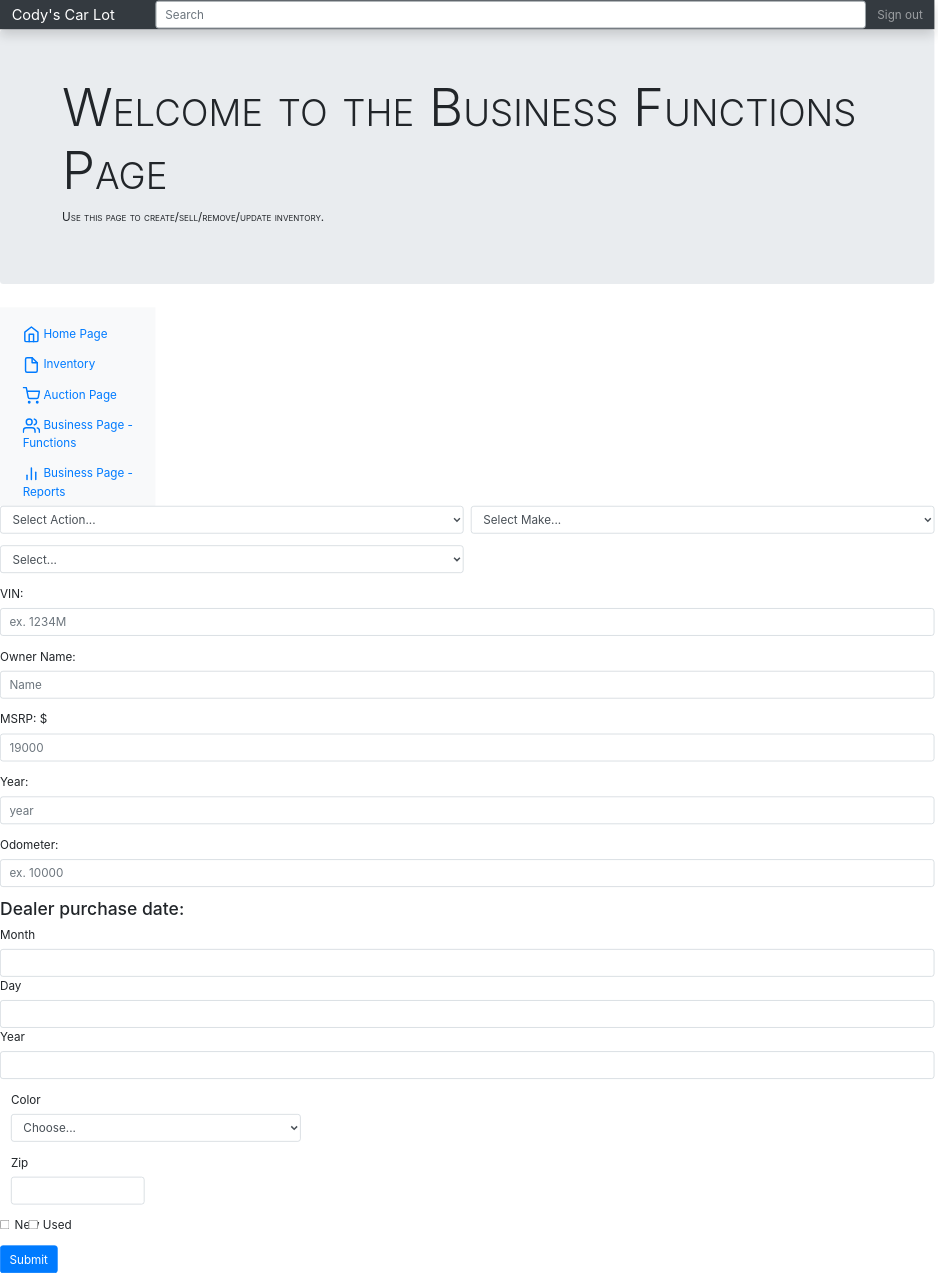
Repository: CodyHogge/CarDealershipProject
Page: http://localhost/CarDealershipProject/booted_functions.jsp
The author's editor kept a copy of each file at every save. The page is drawn from the files as they stood at one save, then again after the next save.
The browser window is 1280 px wide. The page is 1285 px wide, so the pictures cover 1285 px, including what lies to the right of the window. The pictures show the whole page, at 73% of full size.
The page is served by Tomcat 9. Other server files are loaded and not shown.

Above is the page before, as saved 2020-09-16 16:27:24.

### CarDealershipProject/WebContent/booted_functions.jsp
<%@ taglib prefix="c" uri="http://java.sun.com/jsp/jstl/core" %>
<%@ page language="java" contentType="text/html; charset=ISO-8859-1"
    pageEncoding="ISO-8859-1"%>
<!DOCTYPE html>
<html>
<head>
<meta charset="ISO-8859-1">
<title>Cody's Car Lot</title>
<link rel="stylesheet" href="https://stackpath.bootstrapcdn.com/bootstrap/4.5.2/css/bootstrap.min.css" integrity="sha384-JcKb8q3iqJ61gNV9KGb8thSsNjpSL0n8PARn9HuZOnIxN0hoP+VmmDGMN5t9UJ0Z" crossorigin="anonymous">
<link rel="stylesheet" href="./styles/styles.css">
</head>
<body>
	<nav class="navbar navbar-dark sticky-top bg-dark flex-md-nowrap p-0 shadow">
  		<a class="navbar-brand col-md-3 col-lg-2 mr-0 px-3" href="#">Cody's Car Lot</a>
  			<button class="navbar-toggler position-absolute d-md-none collapsed" type="button" data-toggle="collapse" data-target="#sidebarMenu" aria-controls="sidebarMenu" aria-expanded="false" aria-label="Toggle navigation">
    			<span class="navbar-toggler-icon"></span>
  			</button>
  		<input class="form-control form-control-dark w-100" type="text" placeholder="Search" aria-label="Search">
  		<ul class="navbar-nav px-3">
    		<li class="nav-item text-nowrap">
      			<a class="nav-link" href="#">Sign out</a>
    		</li>
  		</ul>
	</nav>

	<div class="jumbotron">
    	<div class="container">
      		<h1 class="display-3">Welcome to the Business Functions Page</h1>
      		<p>Use this page to create/sell/remove/update inventory.</p>
    	</div>
  	</div>



	<div class="container-fluid">
  		<div class="row">
    		<nav id="sidebarMenu" class="col-md-3 col-lg-2 d-md-block bg-light sidebar collapse show" style="">
      			<div class="sidebar-sticky pt-3">
        			<ul class="nav flex-column">
          				<li class="nav-item">
            				<a class="nav-link active" href="booted_home.jsp">
              					<svg xmlns="http://www.w3.org/2000/svg" width="24" height="24" viewBox="0 0 24 24" fill="none" stroke="currentColor" stroke-width="2" stroke-linecap="round" stroke-linejoin="round" class="feather feather-home"><path d="M3 9l9-7 9 7v11a2 2 0 0 1-2 2H5a2 2 0 0 1-2-2z"></path><polyline points="9 22 9 12 15 12 15 22"></polyline></svg>
              					Home Page
            				</a>
          				</li>
          				<li class="nav-item">
            				<a class="nav-link" href="booted_inventory.jsp">
              					<svg xmlns="http://www.w3.org/2000/svg" width="24" height="24" viewBox="0 0 24 24" fill="none" stroke="currentColor" stroke-width="2" stroke-linecap="round" stroke-linejoin="round" class="feather feather-file"><path d="M13 2H6a2 2 0 0 0-2 2v16a2 2 0 0 0 2 2h12a2 2 0 0 0 2-2V9z"></path><polyline points="13 2 13 9 20 9"></polyline></svg>
              					Inventory
            				</a>
          				</li>
          				<li class="nav-item">
            				<a class="nav-link" href="booted_auction.jsp">
              					<svg xmlns="http://www.w3.org/2000/svg" width="24" height="24" viewBox="0 0 24 24" fill="none" stroke="currentColor" stroke-width="2" stroke-linecap="round" stroke-linejoin="round" class="feather feather-shopping-cart"><circle cx="9" cy="21" r="1"></circle><circle cx="20" cy="21" r="1"></circle><path d="M1 1h4l2.68 13.39a2 2 0 0 0 2 1.61h9.72a2 2 0 0 0 2-1.61L23 6H6"></path></svg>
              					Auction Page
            				</a>
          				</li>
          				<li class="nav-item">
            				<a class="nav-link" href="booted_functions.jsp">
              					<svg xmlns="http://www.w3.org/2000/svg" width="24" height="24" viewBox="0 0 24 24" fill="none" stroke="currentColor" stroke-width="2" stroke-linecap="round" stroke-linejoin="round" class="feather feather-users"><path d="M17 21v-2a4 4 0 0 0-4-4H5a4 4 0 0 0-4 4v2"></path><circle cx="9" cy="7" r="4"></circle><path d="M23 21v-2a4 4 0 0 0-3-3.87"></path><path d="M16 3.13a4 4 0 0 1 0 7.75"></path></svg>
              					Business Page - Functions <span class="sr-only">(current)</span>
            				</a>
          				</li>
          				<li class="nav-item">
            				<a class="nav-link" href="booted_reports.jsp">
              					<svg xmlns="http://www.w3.org/2000/svg" width="24" height="24" viewBox="0 0 24 24" fill="none" stroke="currentColor" stroke-width="2" stroke-linecap="round" stroke-linejoin="round" class="feather feather-bar-chart-2"><line x1="18" y1="20" x2="18" y2="10"></line><line x1="12" y1="20" x2="12" y2="4"></line><line x1="6" y1="20" x2="6" y2="14"></line></svg>
             	 				Business Page - Reports
            				</a>
          				</li>
        			</ul>
      			</div>
    		</nav>
  		</div>
	</div>

	<form action="inventoryUpdateServlet" method="post">
  		<div class="form-row">
  			<div class="form-group col-md-6">
      			<select id="action" class="form-control">
      				<option>Select Action...</option>
      				<option value="add">Add</option>
      				<option value="remove">Remove</option>
      				<option value="sell">Sell</option>
      			</select>
    		</div>
    		<div class="form-group col-md-6">
      			<select id="make" class="form-control">
      				<option>Select Make...</option>
      				<option value="mazda">Mazda</option>
      				<option value="ford">Ford</option>
      				<option value="toyota">Toyota</option>
      			</select>
    		</div>
    		<div class="form-group col-md-6">
      			<select id="model" class="form-control">
      				<option>Select...</option>
      				<option value="mazda3">Mazda3</option>
      				<option value="cx5">CX5</option>
      				<option value="corolla">Corolla</option>
      				<option value="mustang">Mustang</option>
      			</select>
    		</div>
  		</div>
  		<div class="form-group">
			<label for="vin">VIN: </label>
			<input type="text" class="form-control" name="vin" id="vin" placeholder="ex. 1234M">
		</div>
		<div class="form-group">
			<label for="ownerName">Owner Name: </label>
			<input type="text" class="form-control" name="ownerName" id="ownerName" placeholder="Name">
		</div>
		<div class="form-group">
			<label for="msrp">MSRP: </label>
			$<input type="text" class="form-control" name="msrp" id="msrp" placeholder="19000">
		</div>
		<div class="form-group">
			<label for="year">Year: </label>
			<input type="text" class="form-control" name="year" id="year" placeholder="year">
		</div>
		<div class="form-group">
			<label for="odometer">Odometer: </label>
			<input type="text" class="form-control" name="odometer" id="odometer" placeholder="ex. 10000">
		</div>
		<div class="form-group">
		<h4>Dealer purchase date:</h4>
			<label for="dealer-mm">Month</label>
			<input type="text" class="form-control" name="dealer-mm" id="dealer-mm">
			<label for="dealer-dd">Day</label>
			<input type="text" class="form-control" name="dealer-dd" id="dealer-dd">
			<label for="dealer-yyyy">Year</label>
			<input type="text" class="form-control" name="dealer-yyyy" id="dealer-yyyy">
		</div>
    		<div class="form-group col-md-4">
      			<label for="color">Color</label>
      			<select id="color" class="form-control">
        			<option selected>Choose...</option>
        			<option value="BLACK">Black</option>
        			<option value="BLUE">Blue</option>
        			<option value="GREEN">Green</option>
        			<option value="RED">Red</option>
        			<option value="WHITE">White</option>
      			</select>
    		</div>
    		<div class="form-group col-md-2">
      			<label for="inputZip">Zip</label>
      			<input type="text" class="form-control" id="inputZip">
    		</div>
  		</div>
  		<div class="form-group">
    		<div class="form-check">
      			<input class="form-check-input" type="checkbox" name="condition" value="new">
      			<label class="form-check-label" for="gridCheck">
       			New
      			</label>
      			<input class="form-check-input" type="checkbox" name="condition" value="used">
      			<label class="form-check-label" for="used">
      			Used
      			</label>
    		</div>
  		</div>
  		<button type="submit" class="btn btn-primary">Submit</button>
	</form>

</body>
</html>

### CarDealershipProject/WebContent/styles/styles.css
.top-banner{
	font-variant: small-caps;
	font-size: 16pt;
	border-style: dotted;
	border-right-width: 1px;
	border-left-width: 1px;
	border-top-width: 1px;
	border-bottom-width: 1px;
	border-color: black;
	background-color: #d5d5d5;
	color: orange;
}

.avail-cars{
	margin: 15px;
	background-color: #d5d5d5;
	border-style: solid;
	border-right-width: 1px;
	border-left-width: 1px;
	border-top-width: 1px;
	border-bottom-width: 1px;
	border-color: black;
}

.avail-cars.td{
	background-color: gray;
	border-style: solid;
	border-right-width: 2px;
	border-left-width: 2px;
	border-top-width: 2px;
	border-bottom-width: 2px;
	border-color: black;
}

.sold-cars{
	margin: 15px;
	background-color: #d5d5d5;
	border-style: solid;
	border-right-width: 1px;
	border-left-width: 1px;
	border-top-width: 1px;
	border-bottom-width: 1px;
	border-color: black;
}

.h4{
	margin: 10px;
	font-variant: small-caps;
}

.display-3 {
	font-variant: small-caps !important;
}

.jumbotron {
	font-variant: small-caps!important;
}

After the next save:
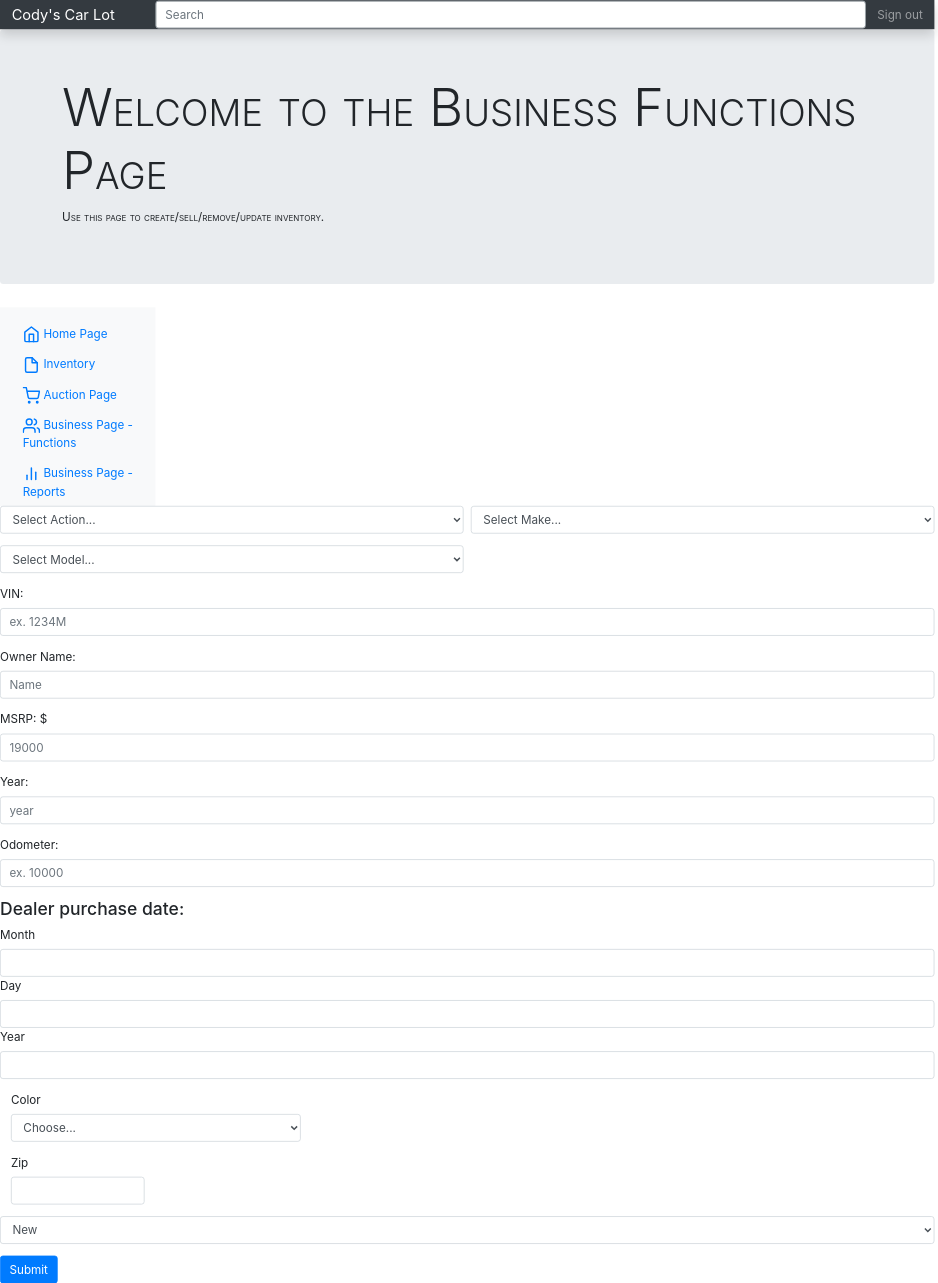
Saved 3 min 25 s later.
--- a/CarDealershipProject/WebContent/booted_functions.jsp
+++ b/CarDealershipProject/WebContent/booted_functions.jsp
@@ -93,7 +93,7 @@
     		</div>
     		<div class="form-group col-md-6">
       			<select id="model" class="form-control">
-      				<option>Select...</option>
+      				<option>Select Model...</option>
       				<option value="mazda3">Mazda3</option>
       				<option value="cx5">CX5</option>
       				<option value="corolla">Corolla</option>
@@ -122,17 +122,17 @@
 			<input type="text" class="form-control" name="odometer" id="odometer" placeholder="ex. 10000">
 		</div>
 		<div class="form-group">
-		<h4>Dealer purchase date:</h4>
-			<label for="dealer-mm">Month</label>
-			<input type="text" class="form-control" name="dealer-mm" id="dealer-mm">
-			<label for="dealer-dd">Day</label>
-			<input type="text" class="form-control" name="dealer-dd" id="dealer-dd">
-			<label for="dealer-yyyy">Year</label>
-			<input type="text" class="form-control" name="dealer-yyyy" id="dealer-yyyy">
+			<h4>Dealer purchase date:</h4>
+				<label for="dealer-mm">Month</label>
+				<input type="text" class="form-control" name="dealer-mm" id="dealer-mm">
+				<label for="dealer-dd">Day</label>
+				<input type="text" class="form-control" name="dealer-dd" id="dealer-dd">
+				<label for="dealer-yyyy">Year</label>
+				<input type="text" class="form-control" name="dealer-yyyy" id="dealer-yyyy">
 		</div>
-    		<div class="form-group col-md-4">
-      			<label for="color">Color</label>
-      			<select id="color" class="form-control">
+    	<div class="form-group col-md-4">
+      		<label for="color">Color</label>
+      		<select id="color" class="form-control">
         			<option selected>Choose...</option>
         			<option value="BLACK">Black</option>
         			<option value="BLUE">Blue</option>
@@ -140,24 +140,18 @@
         			<option value="RED">Red</option>
         			<option value="WHITE">White</option>
       			</select>
-    		</div>
-    		<div class="form-group col-md-2">
-      			<label for="inputZip">Zip</label>
-      			<input type="text" class="form-control" id="inputZip">
-    		</div>
-  		</div>
+    	</div>
+    	<div class="form-group col-md-2">
+      		<label for="inputZip">Zip</label>
+      		<input type="text" class="form-control" id="inputZip">
+    	</div>
+
   		<div class="form-group">
-    		<div class="form-check">
-      			<input class="form-check-input" type="checkbox" name="condition" value="new">
-      			<label class="form-check-label" for="gridCheck">
-       			New
-      			</label>
-      			<input class="form-check-input" type="checkbox" name="condition" value="used">
-      			<label class="form-check-label" for="used">
-      			Used
-      			</label>
-    		</div>
-  		</div>
+			<select class="form-control" name="condition" id="condition">
+				<option value="new">New</option>
+				<option value="used">Used</option>
+			</select>
+		</div>
   		<button type="submit" class="btn btn-primary">Submit</button>
 	</form>
 
